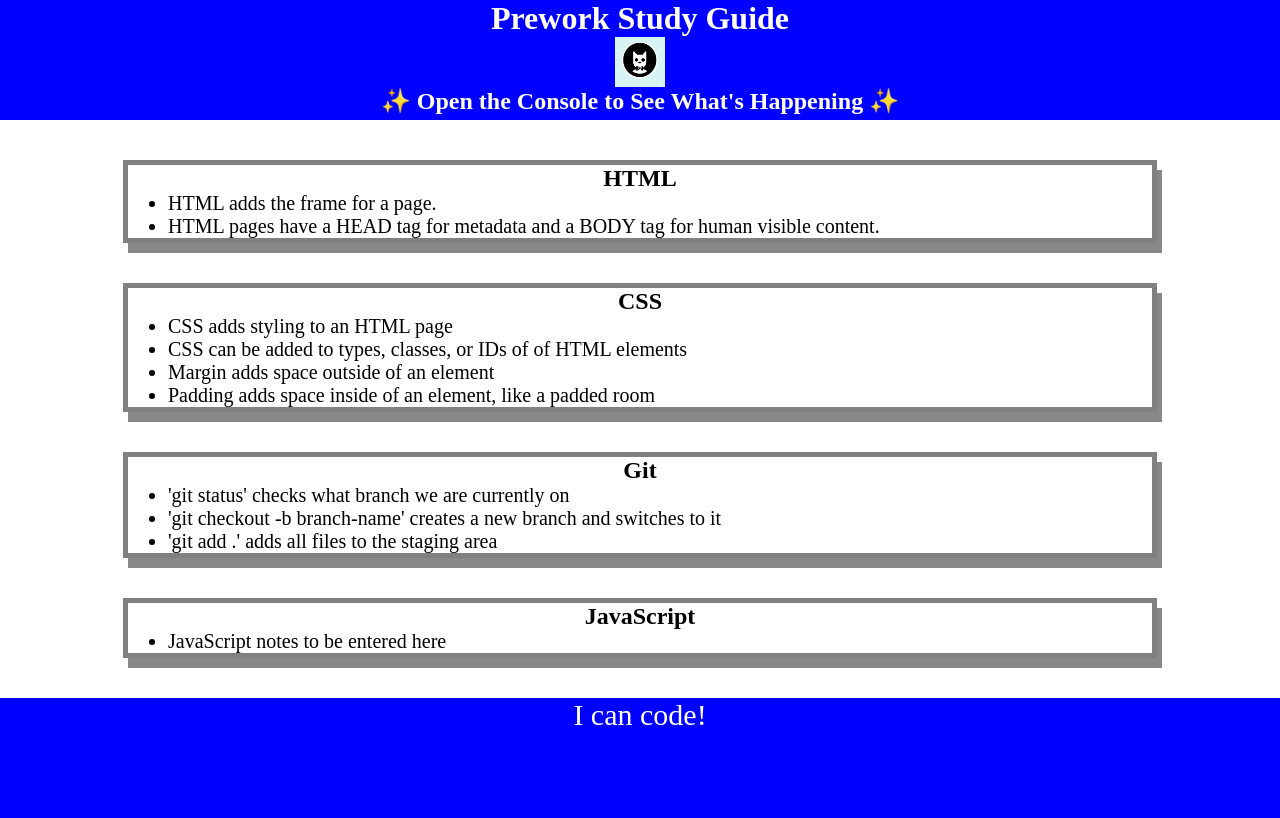
Repository: nickburton/prework-study-guide
Page: index.html
These files come from the project's save history. The page is drawn as it stood at one moment and after the next save; the edit follows.
The browser window is 1280 px wide. The pictures show the whole page.

Above is the page before, as saved 2023-08-14 19:15:59.

### index.html
<!DOCTYPE html>
<html lang="en">
  <head>
    <meta charset="UTF-8" />
    <meta http-equiv="X-UA-Compatible" content="IE=edge" />
    <meta name="viewport" content="width=device-width, initial-scale=1.0" />
    <link rel="stylesheet" href="./assets/style.css" />
    <title>Prework Study Guide</title>
  </head>
  <body>
    <header id="top">
      <h1>Prework Study Guide</h1>
      <img
        src="./assets/bowtie-cat.png"
        alt="Profile image of cat wearing a bow tie."
      />
      <h2>✨ Open the Console to See What's Happening ✨</h2>
    </header>
    <main>
      <section class="card" id="html-section">
        <h2>HTML</h2>
        <ul>
          <li>HTML adds the frame for a page.</li>
          <li>
            HTML pages have a HEAD tag for metadata and a BODY tag for human
            visible content.
          </li>
        </ul>
      </section>

      <section class="card" id="css-section">
        <h2>CSS</h2>
        <ul>
          <li>CSS adds styling to an HTML page</li>
          <li>
            CSS can be added to types, classes, or IDs of of HTML elements
          </li>
          <li>Margin adds space outside of an element</li>
          <li>Padding adds space inside of an element, like a padded room</li>
        </ul>
      </section>

      <section class="card" id="git-section">
        <h2>Git</h2>
        <ul>
          <li>'git status' checks what branch we are currently on</li>
          <li>
            'git checkout -b branch-name' creates a new branch and switches to
            it
          </li>
          <li>'git add .' adds all files to the staging area</li>
        </ul>
      </section>

      <section class="card" id="javascript-section">
        <h2>JavaScript</h2>
        <ul>
          <li>JavaScript notes to be entered here</li>
        </ul>
      </section>
    </main>

    <footer>
      <p>I can code!</p>
    </footer>
    <script src="./assets/script.js"></script>
  </body>
</html>

### assets/style.css
 * {
   margin: 0;
   padding: 0;
 }

 header,
 footer {
   width: 100%;
   height: 120px;
   background-color: blue;
   color: white;
 }

 h1,
 h2 {
   text-align: center;
 }

 img {
   display: block;
   height: 50px;
   width: 50px;
   margin-left: auto;
   margin-right: auto;
 }

 ul {
   padding-left: 40px;
   font-size: 20px;
 }

 p {
   text-align: center;
   font-size: 30px;
 }

 .card {
   width: 80%;
   margin: 40px auto;
   border: 5px solid gray;
   box-shadow: 5px 10px #888888;
 }

### assets/script.js
var topics = ["HTML", "CSS", "Git", "JavaScript"];
var randomTopic = topics[Math.floor(Math.random() * topics.length)];

function listTopics() {
  for (var i = 0; i < topics.length; i++) {
    console.log(topics[i]);
  }
}

function selectTopic() {
  if (randomTopic === "HTML") {
    console.log("Let's study HTML!");
  } else if (randomTopic === "CSS") {
    console.log("Let's study CSS!");
  } else if (randomTopic === "Git") {
    console.log("Let's study Git!");
  } else if (randomTopic === "JavaScript") {
    console.log("Let's study JavaScript!");
  } else {
    console.log("Please try again!");
  }
}

console.log("Which topic should we study first?");
selectTopic();
console.log("Here are the topics we learned through Prework:");
listTopics();

After the next save:
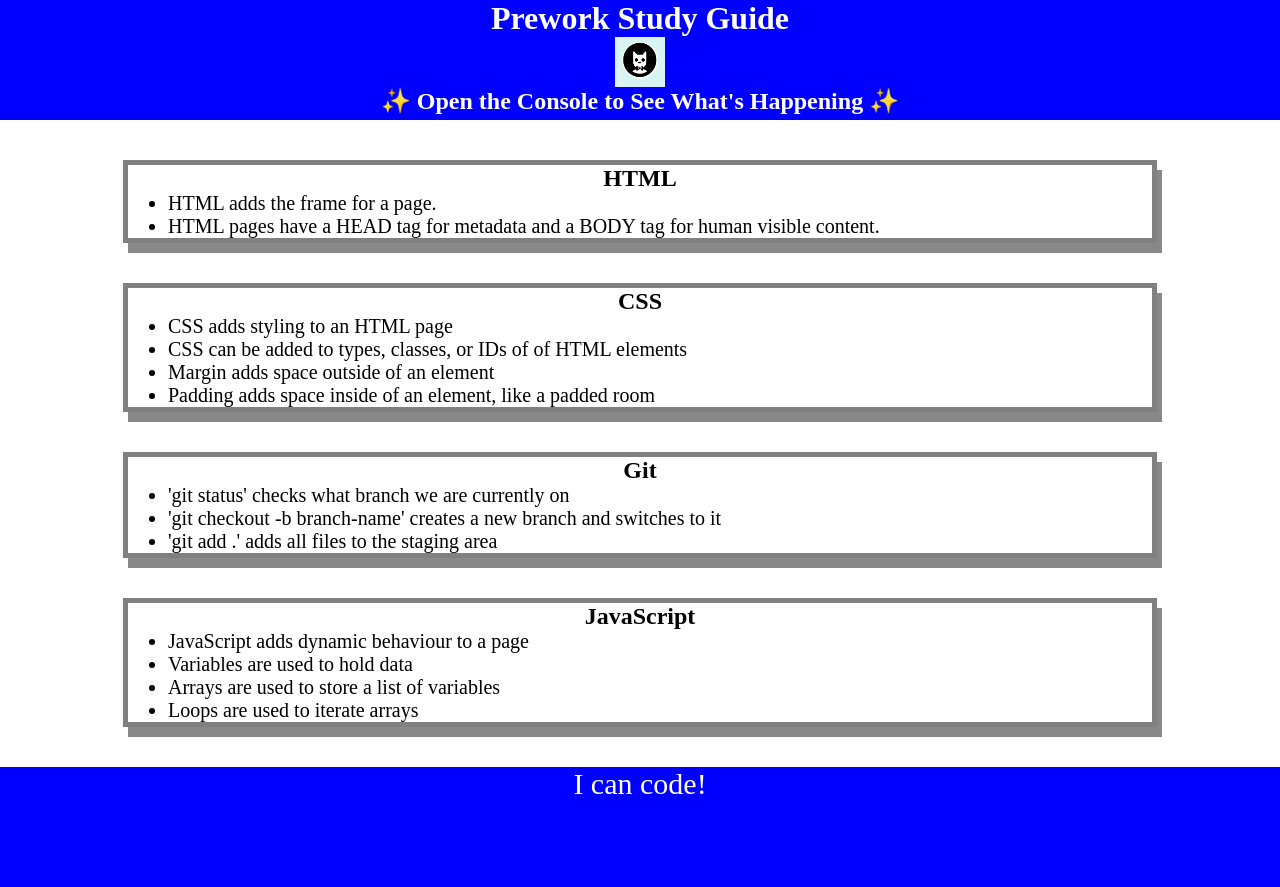
Saved 2 min 13 s later.
--- a/index.html
+++ b/index.html
@@ -55,7 +55,10 @@
       <section class="card" id="javascript-section">
         <h2>JavaScript</h2>
         <ul>
-          <li>JavaScript notes to be entered here</li>
+          <li>JavaScript adds dynamic behaviour to a page</li>
+          <li>Variables are used to hold data</li>
+          <li>Arrays are used to store a list of variables</li>
+          <li>Loops are used to iterate arrays</li>
         </ul>
       </section>
     </main>
